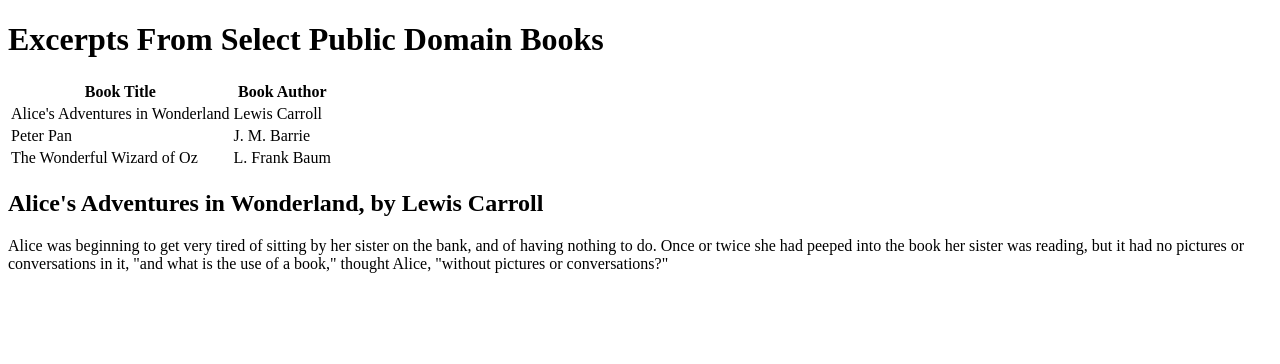
Repository: rishondass/ITMD361-Lab3
Page: index.html
The author's editor kept a copy of each file at every save. The page is drawn from the files as they stood at one save, then again after the next save.
The browser window is 1280 px wide. The pictures show the whole page.

Above is the page before, as saved 2023-01-13 14:30:43.

After the next save:
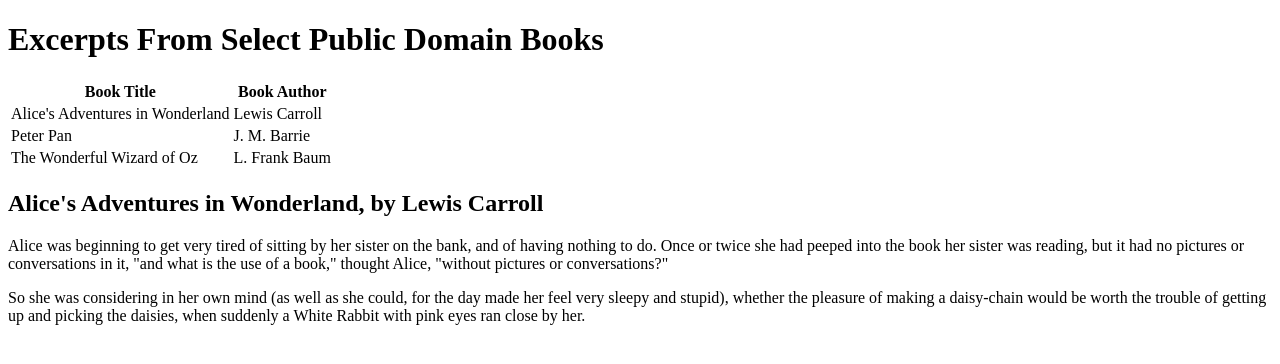
Saved 11 s later.
--- a/index.html
+++ b/index.html
@@ -37,5 +37,6 @@
 
     <h2>Alice's Adventures in Wonderland, by Lewis Carroll</h2>
     <p>Alice was beginning to get very tired of sitting by her sister on the bank, and of having nothing to do. Once or twice she had peeped into the book her sister was reading, but it had no pictures or conversations in it, "and what is the use of a book," thought Alice, "without pictures or conversations?"</p>
+    <p>So she was considering in her own mind (as well as she could, for the day made her feel very sleepy and stupid), whether the pleasure of making a daisy-chain would be worth the trouble of getting up and picking the daisies, when suddenly a White Rabbit with pink eyes ran close by her.</p>
 </body>
 </html>
